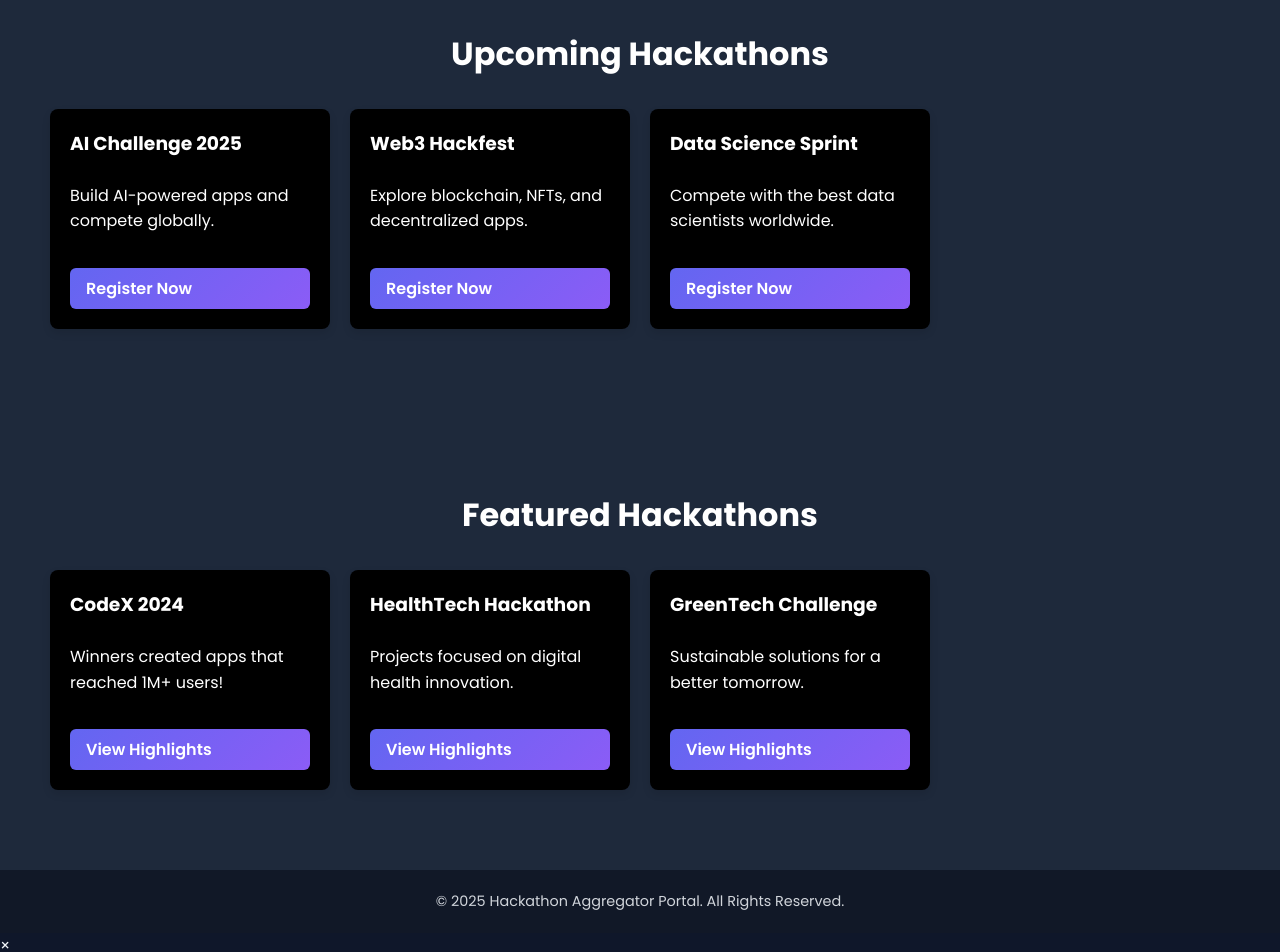
Repository: masihuddin-tech/Hackathon-Project
Page: index.html
The author's editor kept a copy of each file at every save. The page is drawn from the files as they stood at one save, then again after the next save.
The browser window is 1280 px wide. The pictures show the part of the page from y = 772 to 1724 px (the page is 1885 px tall).
Backgrounds fixed to the window are drawn as part of the page.

Above is the page before, as saved 2025-09-04 10:41:27.
Not found: app.js

### index.html
<!DOCTYPE html>
<html lang="en">
<head>
  <meta charset="UTF-8" />
  <meta name="viewport" content="width=device-width, initial-scale=1.0" />
  <title>Hackathon Aggregator Portal</title>
  <link rel="stylesheet" href="style.css" />
  <link href="https://fonts.googleapis.com/css2?family=Poppins:wght@400;600;700&display=swap" rel="stylesheet" />
</head>
<body>

  <!-- Navbar -->
<header class="navbar">
  <div class="logo">HackPortal</div>
  <nav>
    <div class="nav-links">
      <a href="#current">Current Hackathons</a>
      <a href="#past">Featured Hackathons</a>
    </div>
    <div class="nav-buttons">
      <a href="login.html" id="login-btn" class="login-btn">Log In</a>
      <a href="signup.html" id="signup-btn" class="signup-btn">Sign Up</a>
    </div>
  </nav>

</header>

  <!-- Hero Section with Parallax -->
  <section class="hero">
    <div class="hero-content">
      <h1>Discover Your Next Big Coding Challenge</h1>
      <p>Join exciting hackathons, build innovative projects, and connect with the coding community.</p>
      <a href="#current" class="btn-secondary">Explore Hackathons</a>
    </div>
  </section>

  <!-- Current Hackathons -->
<section id="current" class="hackathons-section">
  <h2>Upcoming Hackathons</h2>
  <div class="hackathon-grid" id="current-hackathons">
    <!-- Dummy Cards -->
    <div class="card">
      <h3>AI Challenge 2025</h3>
      <p>Build AI-powered apps and compete globally.</p>
      <a href="#">Register Now</a>
    </div>
    <div class="card">
      <h3>Web3 Hackfest</h3>
      <p>Explore blockchain, NFTs, and decentralized apps.</p>
      <a href="#">Register Now</a>
    </div>
    <div class="card">
      <h3>Data Science Sprint</h3>
      <p>Compete with the best data scientists worldwide.</p>
      <a href="#">Register Now</a>
    </div>
  </div>
</section>

<!-- Past Hackathons -->
<section id="past" class="hackathons-section">
  <h2>Featured Hackathons</h2>
  <div class="hackathon-grid" id="past-hackathons">
    <!-- Dummy Cards -->
    <div class="card">
      <h3>CodeX 2024</h3>
      <p>Winners created apps that reached 1M+ users!</p>
      <a href="#">View Highlights</a>
    </div>
    <div class="card">
      <h3>HealthTech Hackathon</h3>
      <p>Projects focused on digital health innovation.</p>
      <a href="#">View Highlights</a>
    </div>
    <div class="card">
      <h3>GreenTech Challenge</h3>
      <p>Sustainable solutions for a better tomorrow.</p>
      <a href="#">View Highlights</a>
    </div>
  </div>
</section>


  <!-- Footer -->
  <footer>
    <p>© 2025 Hackathon Aggregator Portal. All Rights Reserved.</p>
  </footer>

  <!-- Login Modal -->
  <div class="modal hidden" id="login-modal">
    <div class="modal-content">
      <span class="close" id="login-close">&times;</span>
      <h2>Login</h2>
      <input type="email" id="login-email" placeholder="Email" />
      <input type="password" id="login-password" placeholder="Password" />
      <button id="login-submit">Login</button>
    </div>
  </div>

  <!-- Signup Modal -->
  <div class="modal hidden" id="signup-modal">
    <div class="modal-content">
      <span class="close" id="signup-close">&times;</span>
      <h2>Sign Up</h2>
      <input type="email" id="signup-email" placeholder="Email" />
      <input type="password" id="signup-password" placeholder="Password" />
      <button id="signup-submit">Sign Up</button>
    </div>
  </div>

  <script src="app.js" type="module"></script>
</body>
</html>

### style.css
/* Reset */
* {
  margin: 0;
  padding: 0;
  box-sizing: border-box;
}

html {
  scroll-behavior: smooth;
}

body {
  font-family: 'Poppins', sans-serif;
  background: #0f172a; /* dark base */
  color: #f1f5f9;
  line-height: 1.6;
}

/* Navbar */
.navbar {
  position: fixed;
  top: 0;
  left: 0;
  width: 100%;
  background: rgba(17, 17, 17, 0.85);
  backdrop-filter: blur(10px);
  color: white;
  display: flex;
  align-items: center;
  justify-content: space-between;
  padding: 15px 50px;
  z-index: 1000;
}

/* Logo left aligned */
.navbar .logo {
  font-size: 2rem;
  font-weight: 700;
  color: white;
  flex: 0 0 auto;
}

/* Nav container */
.navbar nav {
  flex: 1 1 auto;
  display: flex;
  justify-content: center;
  align-items: center;
  gap: 40px;
  position: relative;
}

/* Nav links center */
.navbar nav .nav-links {
  display: flex;
  gap: 30px;
  margin-left: -200px; /* slight left shift */
}

/* Login / Signup right */
.navbar nav .nav-buttons {
  position: absolute;
  right: -30px;
  top: 50%;
  transform: translateY(-50%);
  display: flex;
  gap: 10px;
}

/* General nav link style */
.navbar nav a {
  padding: 8px 18px;
  border: 2px solid white;
  border-radius: 30px;
  color: white;
  text-decoration: none;
  font-weight: 600;
  transition: all 0.3s ease;
  cursor: pointer;
  white-space: nowrap;
}

/* Hover effect */
.navbar nav a:hover {
  background: linear-gradient(135deg, #6366f1, #8b5cf6);
  border-color: transparent;
  box-shadow: 0 0 12px rgba(139, 92, 246, 0.7);
}

/* Login button */
#login-btn, #signup-btn {
  border: none;
  background: linear-gradient(135deg, #6366f1, #8b5cf6);
  color: white;
  border-radius: 30px;
  padding: 8px 18px;
  font-weight: 600;
  transition: all 0.3s ease;
}

#login-btn:hover, #signup-btn:hover {
  background: linear-gradient(135deg, #8b5cf6, #6366f1);
  box-shadow: 0 0 15px rgba(99, 102, 241, 0.8);
  transform: scale(1.05);
}

/* Responsive */
@media (max-width: 768px) {
  .navbar {
    flex-wrap: wrap;
    padding: 10px 20px;
  }
  .navbar nav {
    flex-basis: 100%;
    justify-content: center;
    margin: 10px 0;
    position: static;
  }
  .navbar nav .nav-buttons {
    position: static;
    margin-top: 10px;
    justify-content: center;
    width: 100%;
  }
}

/* Hero Section */
.hero {
  background: linear-gradient(
      rgba(17, 17, 17, 0.6),
      rgba(17, 17, 17, 0.6)
    ),
    url('https://images.unsplash.com/photo-1555066931-4365d14bab8c?fit=crop&w=1600&q=80') center/cover fixed;
  height: 100vh;
  display: flex;
  align-items: center;
  justify-content: center;
  text-align: center;
  color: white;
  position: relative;
}

.hero h1 {
  font-size: 3.5rem;
  font-weight: 800;
  margin-bottom: 15px;
}

.hero p {
  font-size: 1.3rem;
  margin-bottom: 30px;
  color: #e5e7eb;
}

/* Hero Button */
.btn-secondary {
  padding: 12px 30px;
  border-radius: 8px;
  font-size: 1.1rem;
  font-weight: 600;
  background: linear-gradient(135deg, #6366f1, #8b5cf6);
  color: white;
  text-decoration: none;
  display: inline-block;
  transition: all 0.3s ease;
}

.btn-secondary:hover {
  background: linear-gradient(135deg, #8b5cf6, #6366f1);
  box-shadow: 0 0 18px rgba(139, 92, 246, 0.8);
}

/* Hackathon Cards */
.hackathons-section {
  padding: 80px 50px;
  background: #1e293b;
  color: white;
}

.hackathons-section h2 {
  text-align: center;
  font-size: 2rem;
  margin-bottom: 30px;
}

.hackathon-grid {
  display: grid;
  grid-template-columns: repeat(auto-fill, minmax(280px, 1fr));
  gap: 20px;
}

.card {
  background: rgb(0, 0, 0);
  border-radius: 8px;
  padding: 20px;
  box-shadow: 0 4px 8px rgba(0,0,0,0.1);
  transition: transform 0.3s, box-shadow 0.3s;
  min-height: 220px;  /* 🔥 Add this to increase card length */
  display: flex;
  flex-direction: column;
  justify-content: space-between; /* keeps button at bottom */
}

.card:hover {
  transform: translateY(-6px) scale(1.02);
  box-shadow: 0 12px 24px rgba(0,0,0,0.3);
}

.card a {
  display: inline-block;
  margin-top: 10px;
  padding: 8px 16px;
  background: linear-gradient(135deg, #6366f1, #8b5cf6);   /* 🔵 rich blue background */
  color: white;
  font-weight: 600;
  border-radius: 6px;
  text-decoration: none;
  transition: background 0.3s ease, transform 0.2s ease;
}

.card a:hover {
  transform: scale(1.05); /* slight zoom effect */
}
/* background: linear-gradient(135deg, #6366f1, #8b5cf6);   darker blue on hover */



/* Footer */
footer {
  background: #111827;
  color: #d1d5db;
  padding: 20px;
  text-align: center;
  font-size: 0.9rem;
}

After the next save:
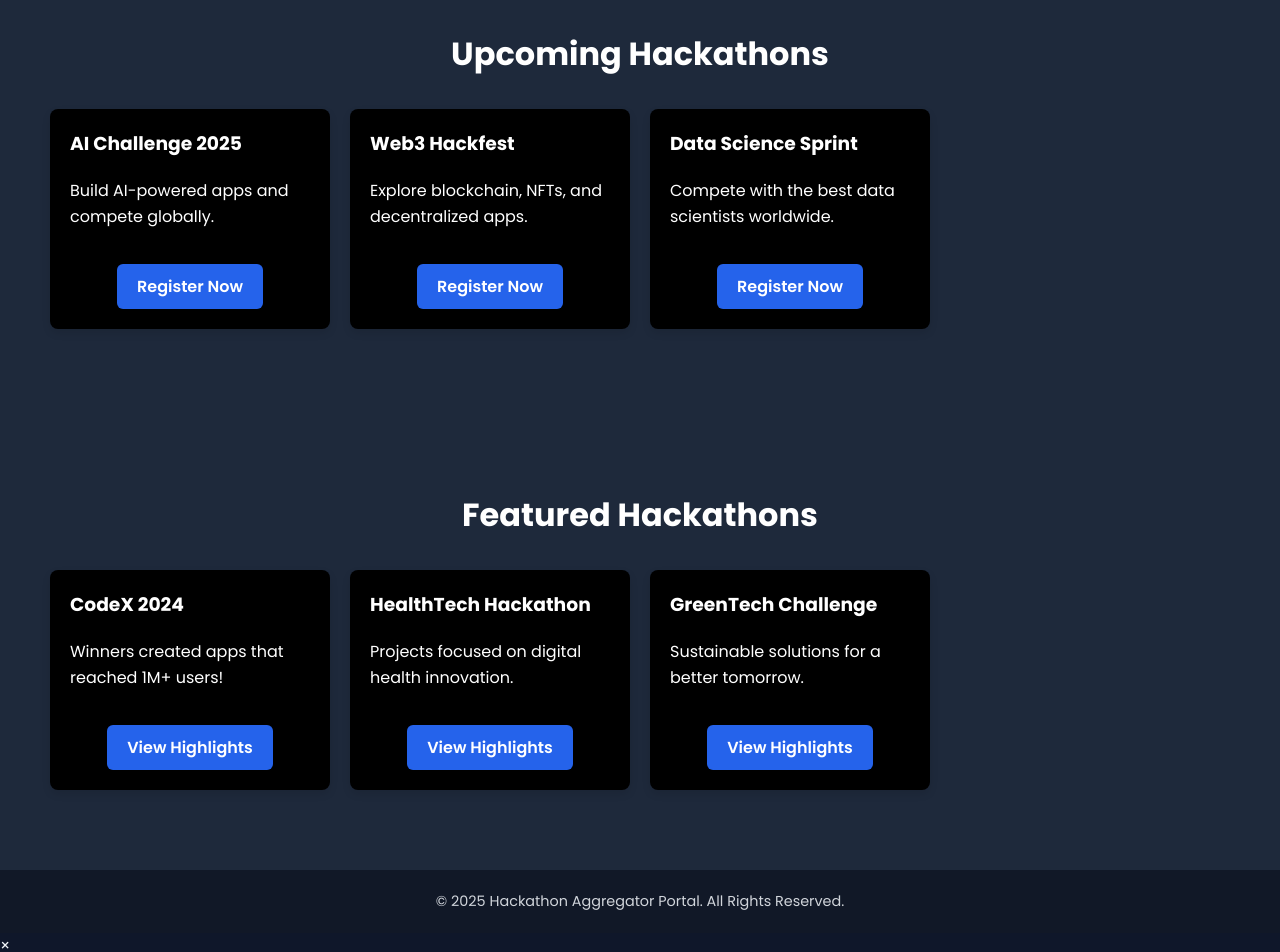
Saved 5 s later.
--- a/style.css
+++ b/style.css
@@ -208,19 +208,22 @@
 
 .card a {
   display: inline-block;
-  margin-top: 10px;
-  padding: 8px 16px;
-  background: linear-gradient(135deg, #6366f1, #8b5cf6);   /* 🔵 rich blue background */
+  margin: 15px auto 0;   /* auto = centers horizontally */
+  padding: 10px 20px;
+  background: #2563eb;   /* 🔵 rich blue background */
   color: white;
   font-weight: 600;
   border-radius: 6px;
   text-decoration: none;
   transition: background 0.3s ease, transform 0.2s ease;
+  text-align: center;
 }
 
 .card a:hover {
-  transform: scale(1.05); /* slight zoom effect */
-}
+  background: #1e40af;   /* darker blue on hover */
+  transform: scale(1.05);
+}
+
 /* background: linear-gradient(135deg, #6366f1, #8b5cf6);   darker blue on hover */
 
 

After the 3 saves that followed:
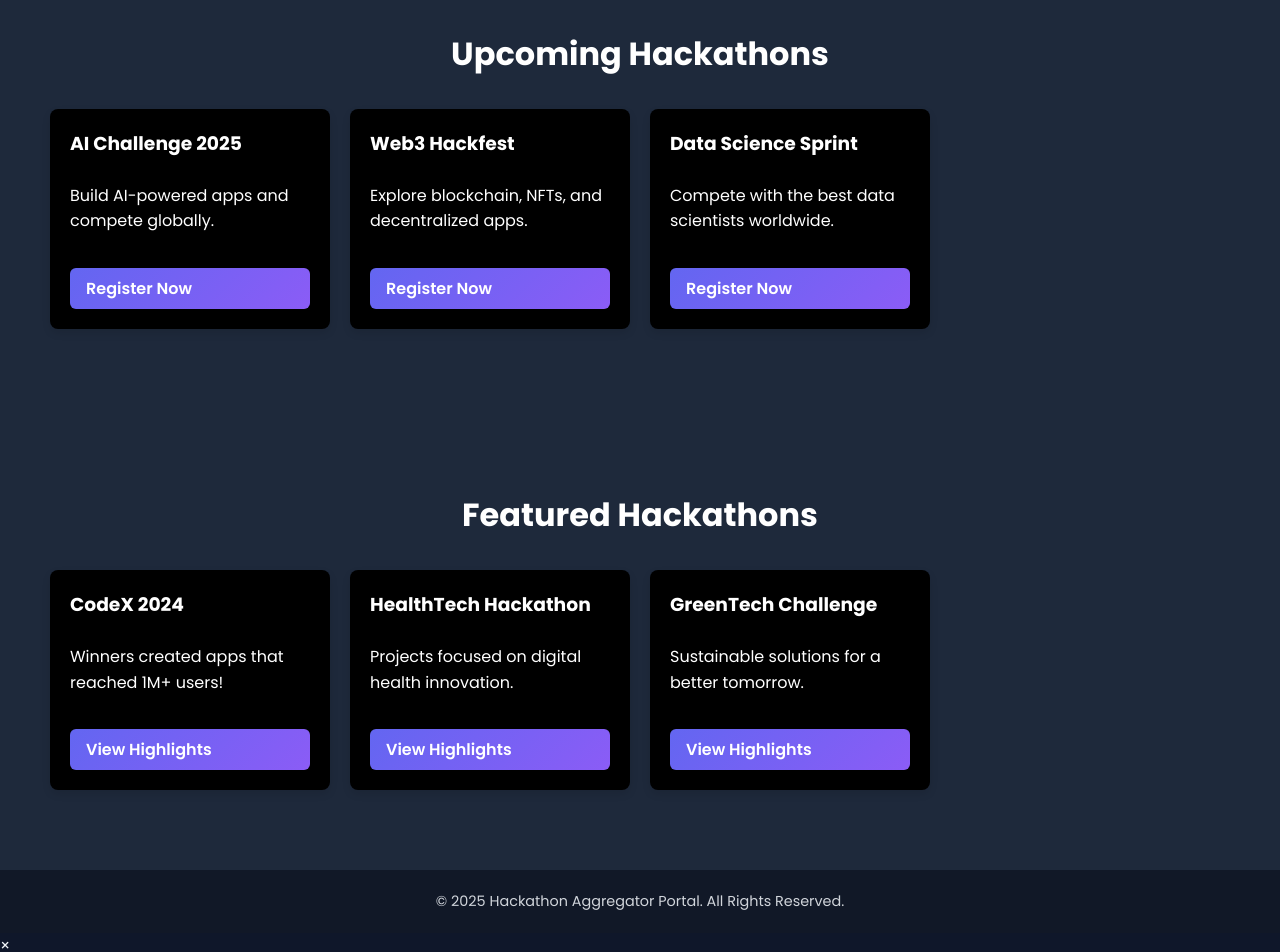
The 3 saves are shown as one change because they came seconds apart.
The last was saved 23 s later.
--- a/style.css
+++ b/style.css
@@ -208,23 +208,20 @@
 
 .card a {
   display: inline-block;
-  margin: 15px auto 0;   /* auto = centers horizontally */
-  padding: 10px 20px;
-  background: #2563eb;   /* 🔵 rich blue background */
+  margin-top: 10px;
+  padding: 8px 16px;
+  background: linear-gradient(135deg, #6366f1, #8b5cf6);   /* 🔵 rich blue background */
   color: white;
   font-weight: 600;
   border-radius: 6px;
   text-decoration: none;
   transition: background 0.3s ease, transform 0.2s ease;
-  text-align: center;
 }
 
 .card a:hover {
-  background: #1e40af;   /* darker blue on hover */
-  transform: scale(1.05);
-}
-
-/* background: linear-gradient(135deg, #6366f1, #8b5cf6);   darker blue on hover */
+  background: linear-gradient(135deg, #6366f1, #8b5cf6);   /* darker blue on hover */
+  transform: scale(1.05); /* slight zoom effect */
+}
 
 
 
